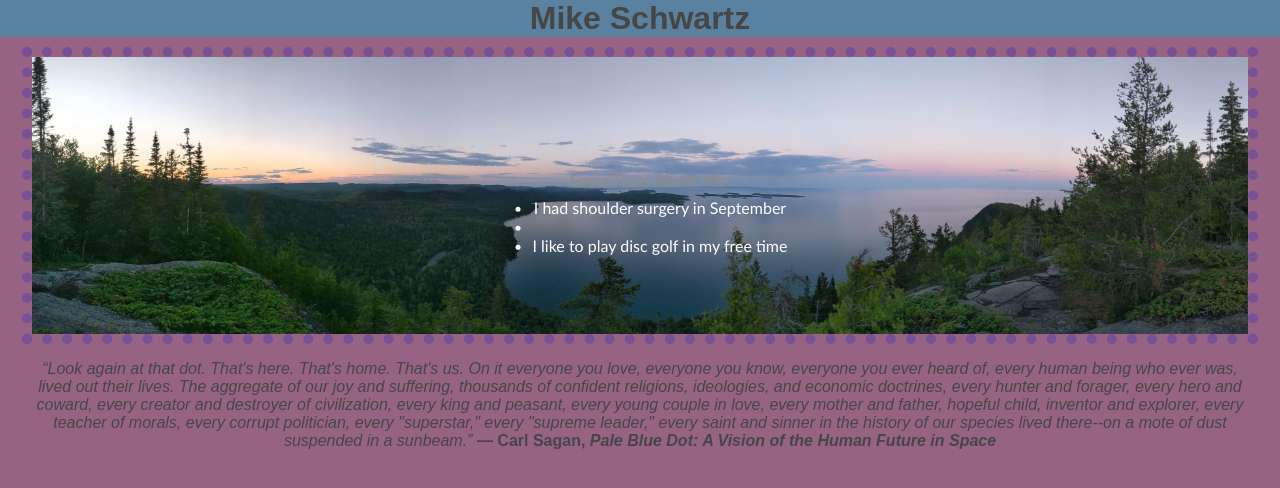
Repository: Ellusionism/prime-pw-week-1-assignment
Page: assignment/index.html
These files come from the project's save history. The page is drawn as it stood at one moment and after a run of saves; the edit follows.
The browser window is 1280 px wide. The pictures show the whole page.

Above is the page before, as saved 2022-10-26 16:33:17.

After the next 3 saves:
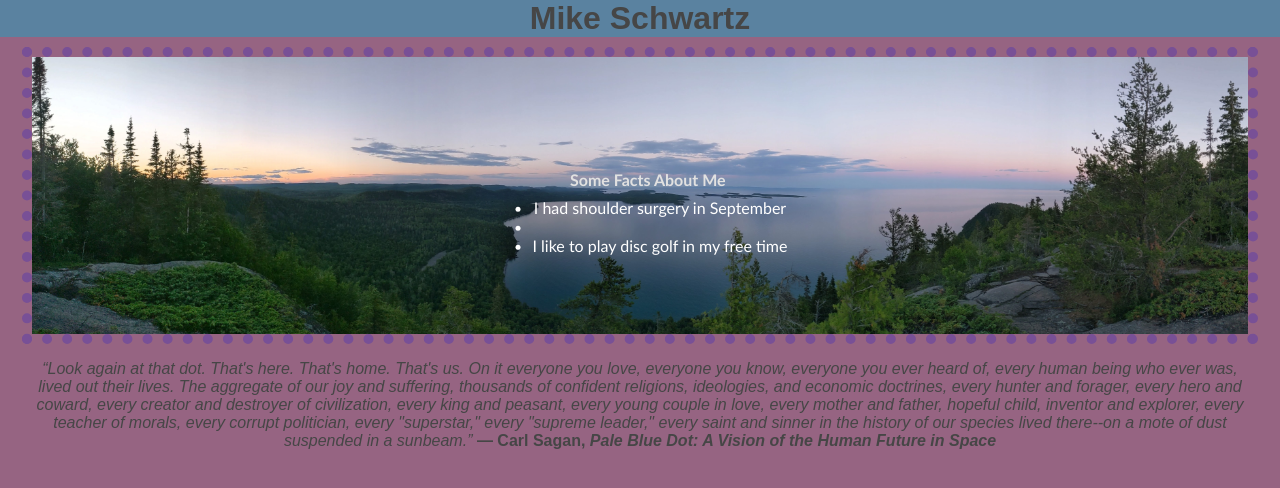
The 3 saves are shown as one change because they came seconds apart.
The last was saved 11 s later.
--- a/assignment/style.css
+++ b/assignment/style.css
@@ -42,7 +42,7 @@ header {
 }
 /* Change the font-family of your list */
 .facts {
- color: rgb(140, 140, 140);
+ color: rgb(225, 225, 225);
  font-family:'Gill Sans', 'Gill Sans MT', Calibri, 'Trebuchet MS', sans-serif;
  position: absolute;
  top: 50%;
